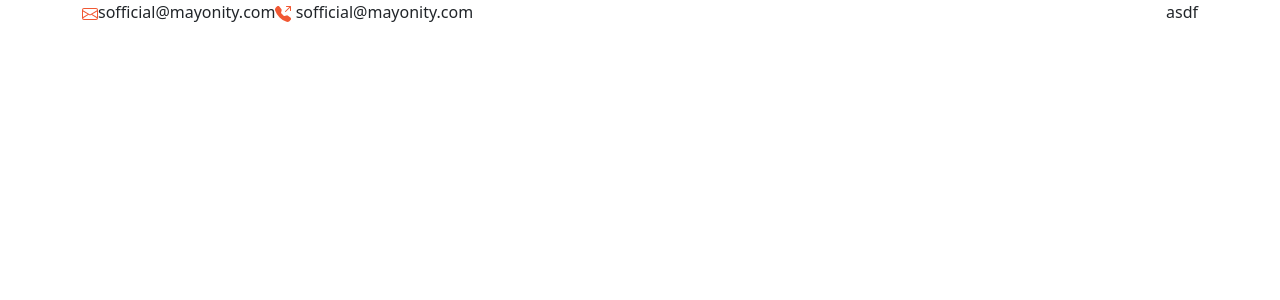
Repository: rizwan-zafar/wings
Page: /
These files come from the project's save history. The page is drawn as it stood at one moment and after a run of saves; the edit follows.
The browser window is 1280 px wide. The pictures show the whole page.
The project was rebuilt for these pictures with package versions that can differ from the ones it lists, and the page was loaded fresh each time.

Above is the page before, as saved 2022-11-25 22:37:42.

### public/index.html
<!DOCTYPE html>
<html lang="en">
  <head>
    <meta charset="utf-8" />
    <link rel="icon" href="%PUBLIC_URL%/favicon.ico" />
    <meta name="viewport" content="width=device-width, initial-scale=1" />
    <meta name="theme-color" content="#000000" />
    <meta
      name="description"
      content="Web site created using create-react-app"
    />
    <link rel="apple-touch-icon" href="%PUBLIC_URL%/logo192.png" />
    <!--
      manifest.json provides metadata used when your web app is installed on a
      user's mobile device or desktop. See https://developers.google.com/web/fundamentals/web-app-manifest/
    -->
    <link rel="manifest" href="%PUBLIC_URL%/manifest.json" />
    <!--
      Notice the use of %PUBLIC_URL% in the tags above.
      It will be replaced with the URL of the `public` folder during the build.
      Only files inside the `public` folder can be referenced from the HTML.

      Unlike "/favicon.ico" or "favicon.ico", "%PUBLIC_URL%/favicon.ico" will
      work correctly both with client-side routing and a non-root public URL.
      Learn how to configure a non-root public URL by running `npm run build`.
    -->
    <title>Wings</title>
  </head>
  <body>
    <noscript>You need to enable JavaScript to run this app.</noscript>
    <div id="root"></div>
    <!--
      This HTML file is a template.
      If you open it directly in the browser, you will see an empty page.

      You can add webfonts, meta tags, or analytics to this file.
      The build step will place the bundled scripts into the <body> tag.

      To begin the development, run `npm start` or `yarn start`.
      To create a production bundle, use `npm run build` or `yarn build`.
    -->
  </body>
</html>

### src/index.js
import React from 'react';
import ReactDOM from 'react-dom/client';
import './index.css';
import App from './App';
import "../node_modules/bootstrap/dist/css/bootstrap.min.css"
import "../node_modules/bootstrap/dist/js/bootstrap.min.js"

const root = ReactDOM.createRoot(document.getElementById('root'));
root.render(
  <React.StrictMode>
    <App />
  </React.StrictMode>
);

// If you want to start measuring performance in your app, pass a function
// to log results (for example: reportWebVitals(console.log))
// or send to an analytics endpoint. Learn more: https://bit.ly/CRA-vitals

### src/index.css
html {
  margin: 0;
  padding: 0;
  font-family: -apple-system, BlinkMacSystemFont, 'Segoe UI', 'Roboto', 'Oxygen',
    'Ubuntu', 'Cantarell', 'Fira Sans', 'Droid Sans', 'Helvetica Neue',
    sans-serif;
  -webkit-font-smoothing: antialiased;
  -moz-osx-font-smoothing: grayscale;
}
.icons{
  color:#f15833 ;
}

### src/App.js
import Home from "./Pages/Home"
function App() {
  return (

    <>
      <Home />
    </>

  );
}

export default App;

### src/Pages/Home.js
import React from 'react'
import TopNavbar from "../Components/Topnavbar"
export default function Home() {
    return (
        <div>
            <TopNavbar />
        </div>
    )
}

### src/Components/Topnavbar.js
import React from 'react'
import {Envelope,TelephoneOutboundFill} from "react-bootstrap-icons"
export default function Topnavbar() {
    return (
        <div className="top-bar container d-flex justify-content-between">
           <div>
           <span> <Envelope className="icons"/>sofficial@mayonity.com</span>
              <TelephoneOutboundFill className="icons ml-3"/><span> sofficial@mayonity.com</span>
           </div>
           <div>
               asdf
           </div>
        </div>
    )
}

After the next 4 saves:
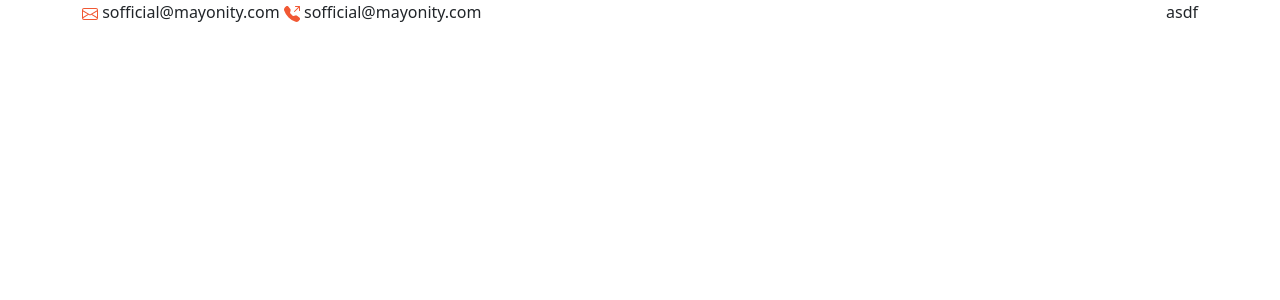
The 4 saves are shown as one change because they came seconds apart.
The last was saved 10 s later.
--- a/src/Components/Topnavbar.js
+++ b/src/Components/Topnavbar.js
@@ -4,8 +4,8 @@
     return (
         <div className="top-bar container d-flex justify-content-between">
            <div>
-           <span> <Envelope className="icons"/>sofficial@mayonity.com</span>
-              <TelephoneOutboundFill className="icons ml-3"/><span> sofficial@mayonity.com</span>
+           <span> <Envelope className="icons"/> sofficial@mayonity.com</span>
+           <span> <TelephoneOutboundFill className="icons ml-3"/> sofficial@mayonity.com</span>
            </div>
            <div>
                asdf
